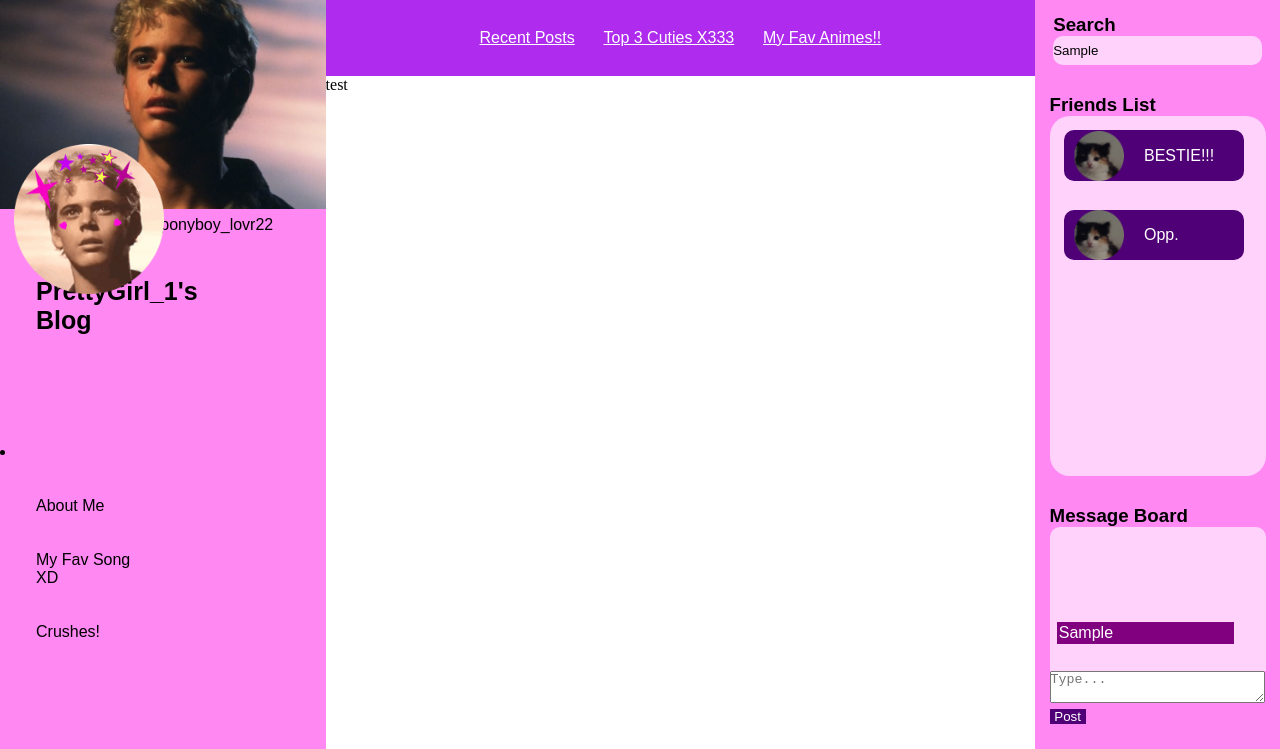
Repository: Jennica1/Frontend-Final
Page: index.html
An editor plug-in stored every save of this project. The page is shown before and after the next save, followed by the edit.
The browser window is 1280 px wide. The pictures show the whole page.
Empty fields were first filled with sample values (such as "Sample", 5 or name@example.com).
After loading, the first visible `#btn-post` was clicked once.

Above is the page before, as saved 2024-05-23 12:22:52.

After the next save:
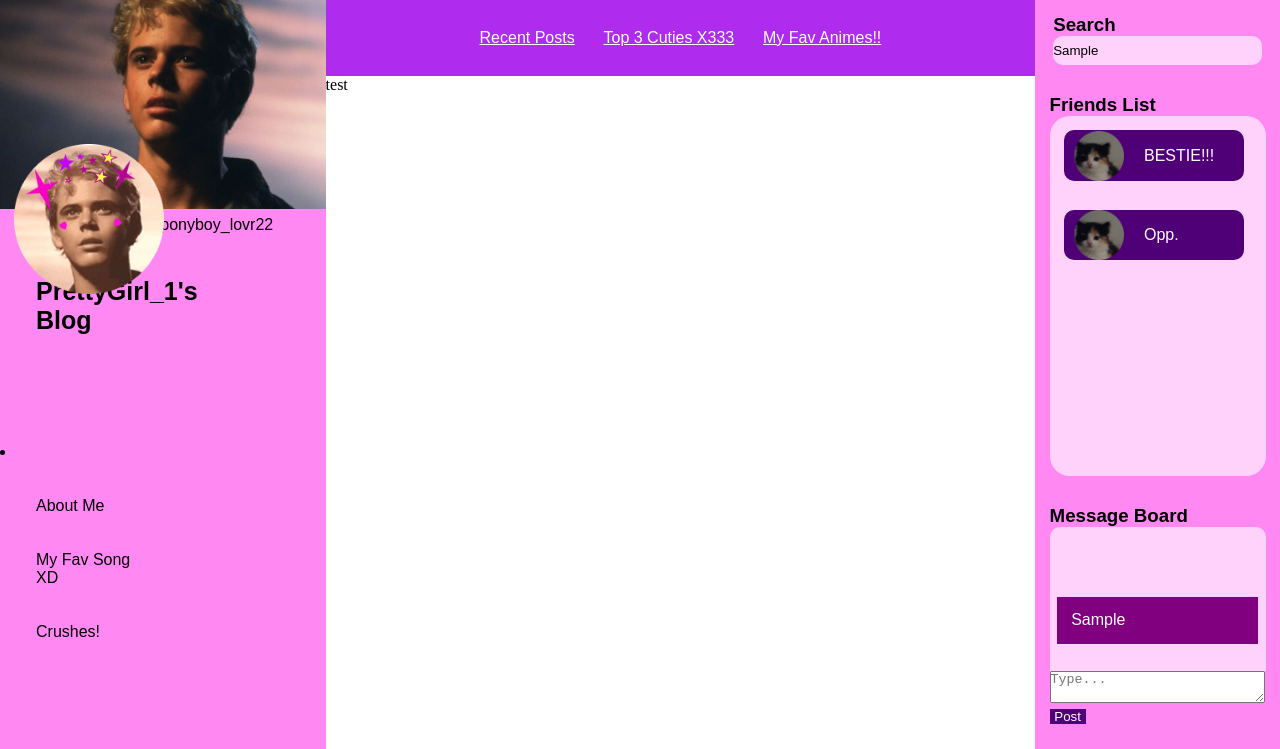
Saved 4 s later.
--- a/style.css
+++ b/style.css
@@ -160,7 +160,7 @@
   display: flex;
   flex-direction: column;
   background-color: purple;
-  padding: 2px;
+  padding: 2vh;
   color: white;
 }
 
